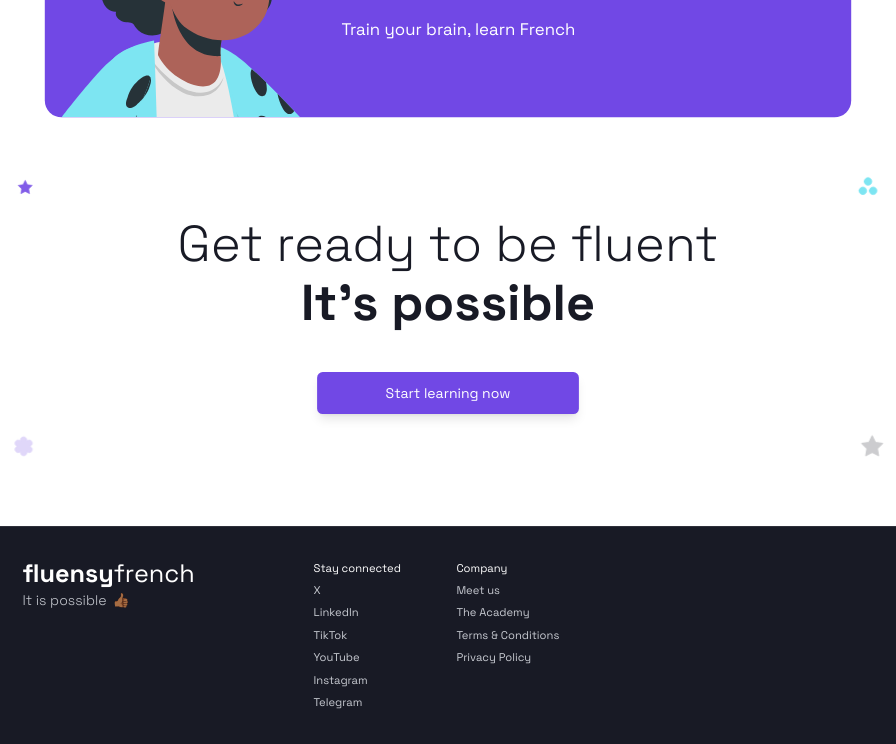
Repository: fluensyfrench-Tech/fluensy-website
Page: /
The author's editor kept a copy of each file at every save. The page is drawn from the files as they stood at one save, then again after the next save.
The browser window is 1280 px wide. The pictures show the part of the page from y = 2552 to 4472 px (the page is 3615 px tall before and 7230 px after), at 70% of full size.
The project was rebuilt for these pictures with package versions that can differ from the ones it lists, and the page was loaded fresh each time. Some packages were replaced by stand-ins written for this rebuild. The framework's server and built-in components were replaced by stand-ins that run in the browser. Also part of the build but not shown: next.config.ts, src/components/ShowCustomToast.tsx.

Above is the page before, as saved 2025-11-09 19:12:14.

After the next save:
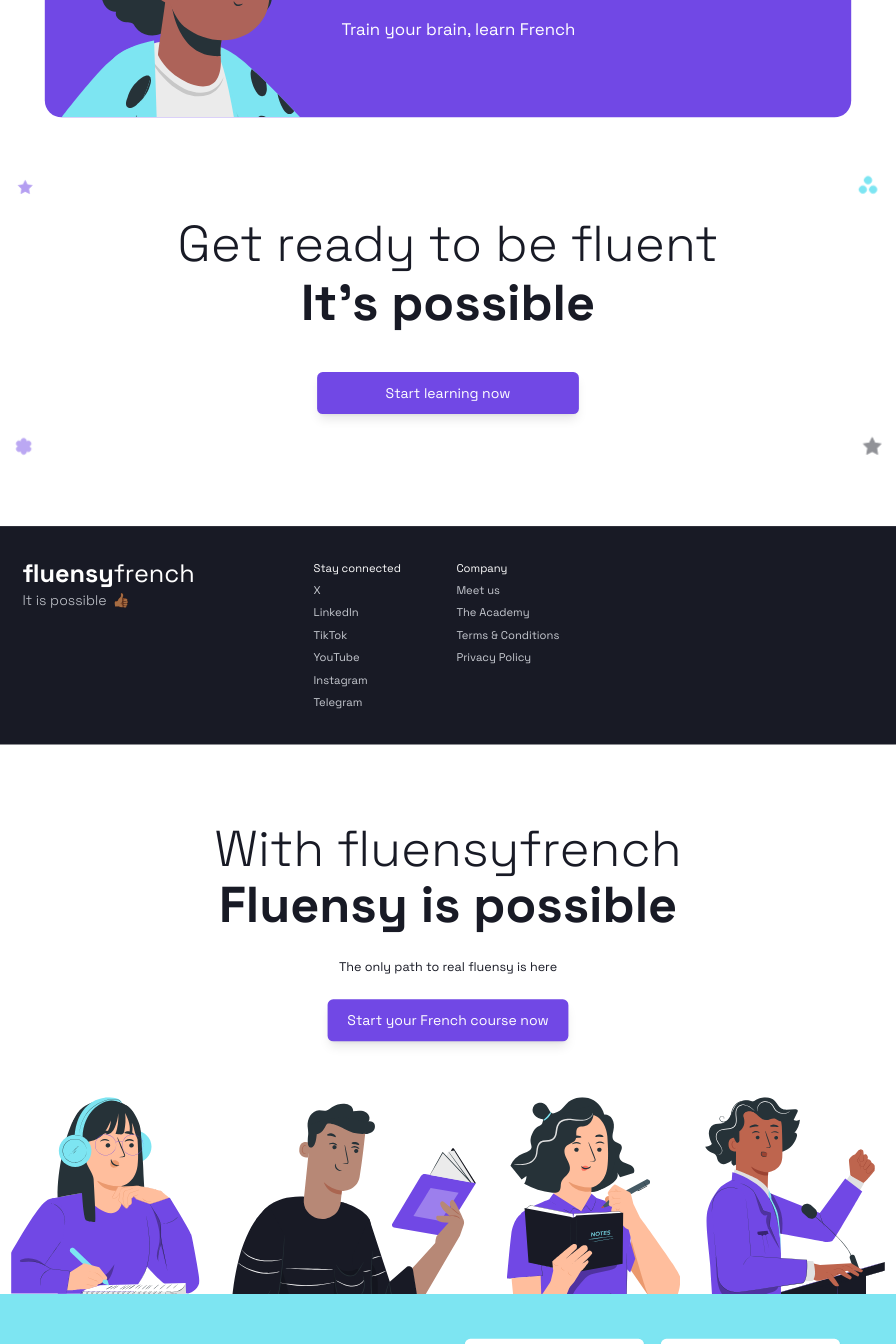
Saved 29 s later.
--- a/src/app/layout.tsx
+++ b/src/app/layout.tsx
@@ -51,6 +51,7 @@
       <body>
         <Toaster position="top-center" />
         {children}
+        <Providers>{children}</Providers>
         <CookieConsent />
       </body>
     </html>

After the save that followed:
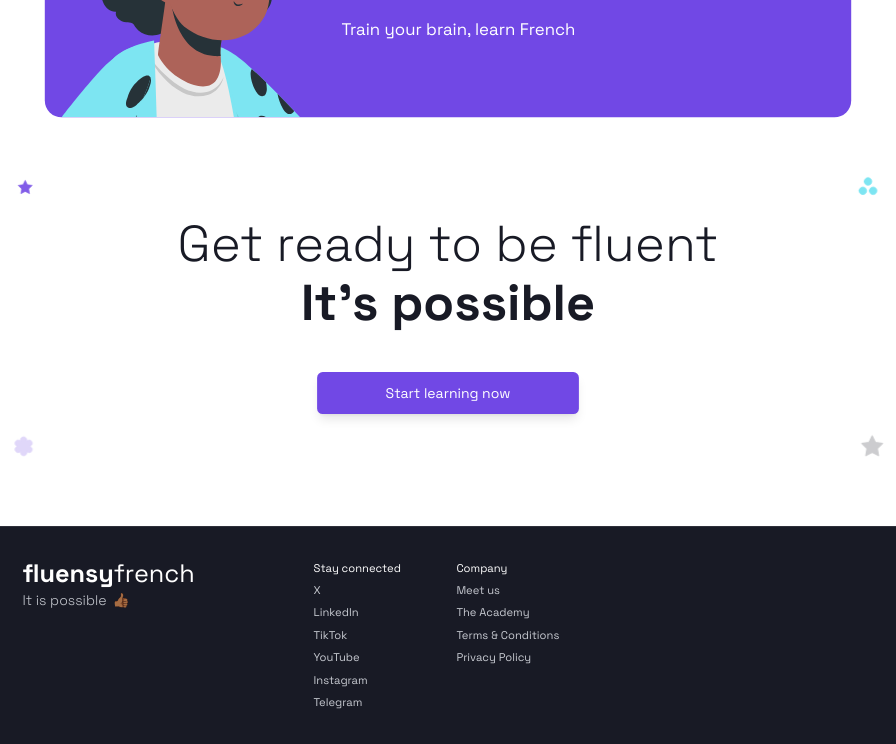
Saved 7 s later.
--- a/src/app/layout.tsx
+++ b/src/app/layout.tsx
@@ -50,7 +50,7 @@
       </head>
       <body>
         <Toaster position="top-center" />
-        {children}
+        {/* {children} */}
         <Providers>{children}</Providers>
         <CookieConsent />
       </body>
